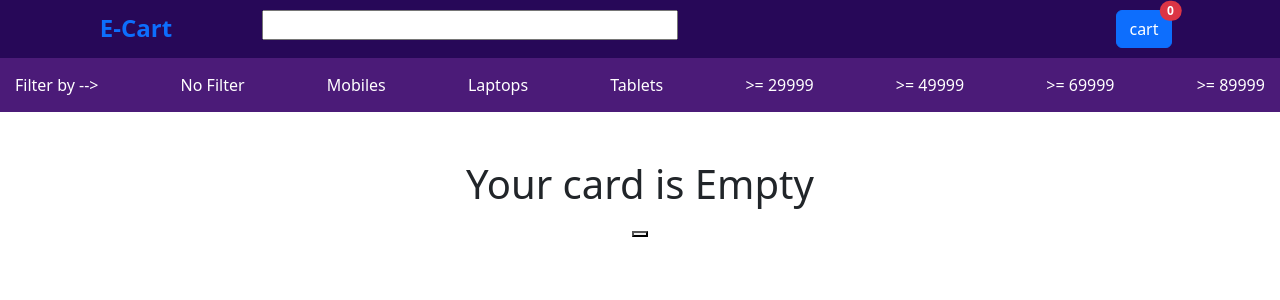
Repository: AMIT1439027/React-ECommerce-cart
Page: /cart
These files come from the project's save history. The page is drawn as it stood at one moment and after a run of saves; the edit follows.
The browser window is 1280 px wide. The pictures show the whole page.
The project was rebuilt for these pictures with package versions that can differ from the ones it lists, and the page was loaded fresh each time. Also part of the build but not shown: vite.config.js, src/components/Product.jsx, src/components/ProductDetail.jsx, src/components/Searchitem.jsx.

Above is the page before, as saved 2024-03-14 10:43:55.

After the next 3 saves:
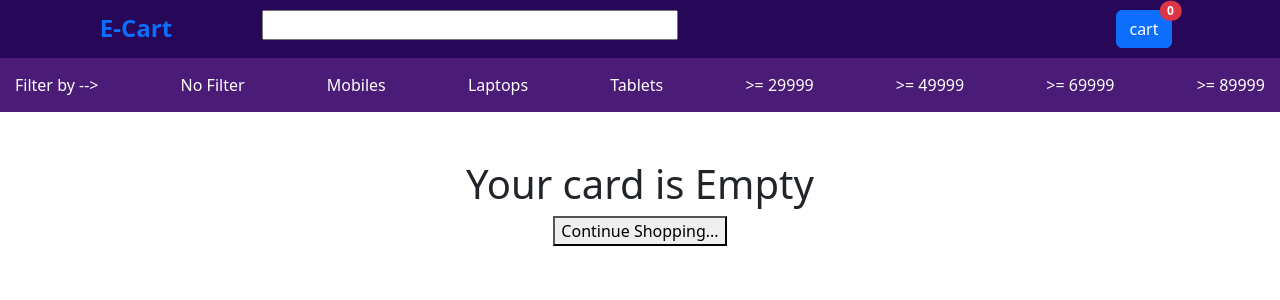
The 3 saves are shown as one change because they came seconds apart.
The last was saved 9 s later.
--- a/src/components/Cart.jsx
+++ b/src/components/Cart.jsx
@@ -9,7 +9,7 @@ const Cart = ({ cart, setCart }) => {
            <>
            <div className="text-center">
              <h1>Your card is Empty</h1>
-             <button></button>
+             <button>Continue Shopping...</button>
 
            </div>
            </>
